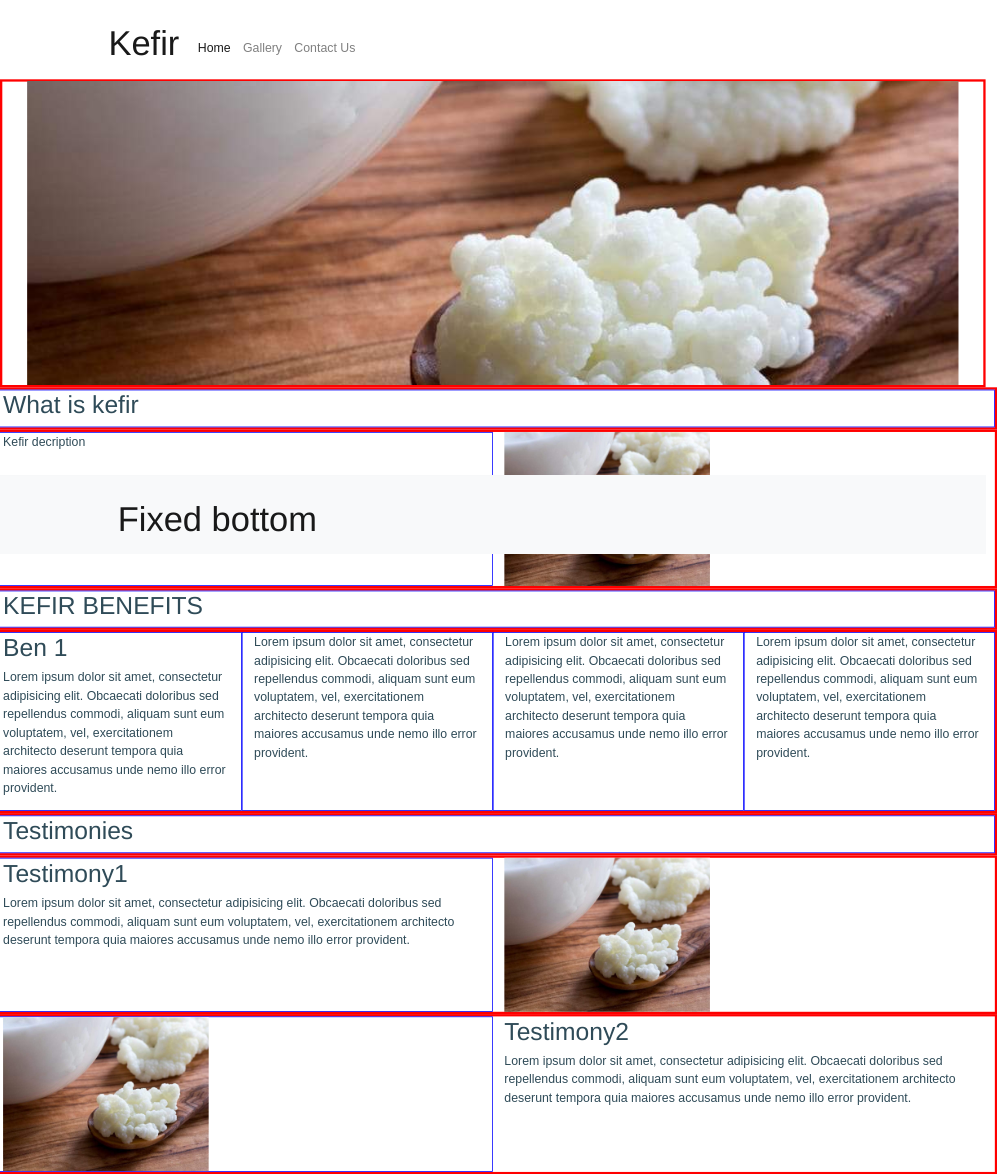
Repository: andna5980/kefir-web
Page: src/index.html
The author's editor kept a copy of each file at every save. The page is drawn from the files as they stood at one save, then again after the next save.
The browser window is 1280 px wide. The page is 1295 px wide, so the pictures cover 1295 px, including what lies to the right of the window. The pictures show the whole page, at 77% of full size.
Some web fonts or font styles are not loaded; a fallback is used. Some web libraries are served in a nearby version.

Above is the page before, as saved 2021-02-28 13:14:46.

### src/index.html
<!DOCTYPE html>
<html lang="en-US">

<head>
  <meta charset="UTF-8">
  <meta name="viewport" content="width=device-width, initial-scale=1.0">
  <meta name="author" content="Andres Navarrete">
  <meta name="description"
    content="Kefir, meet the power of nature. Bring the right knowledge and the best recipes from mother nature">
  <meta name="keywords" content="Kefir, recipes, natural-products, home-made, organic, healthy">
  <title>KEFIR | MEET THE POWER OF NATURE</title>
  <link rel="stylesheet" href="https://cdn.jsdelivr.net/npm/bootstrap@4.5.3/dist/css/bootstrap.min.css"
    integrity="sha384-TX8t27EcRE3e/ihU7zmQxVncDAy5uIKz4rEkgIXeMed4M0jlfIDPvg6uqKI2xXr2" crossorigin="anonymous">
  <link rel="stylesheet" href="https://use.fontawesome.com/releases/v5.6.3/css/all.css"
    integrity="sha384-UHRtZLI+pbxtHCWp1t77Bi1L4ZtiqrqD80Kn4Z8NTSRyMA2Fd33n5dQ8lWUE00s/" crossorigin="anonymous">
  <link href="../src/assets/styles/style.css" rel="stylesheet">
</head>

<body>
  <!--------------------Main-Header-------------------------------------->
  <header>
    <nav class="sticky-top navbar navbar-expand-md navbar-light">
      <a class="navbar-brand" href="#">Kefir</a>
      <button class="navbar-toggler" type="button" data-toggle="collapse" data-target="#navbarNav"
        aria-controls="navbarNav" aria-expanded="false" aria-label="Toggle navigation">
        <span class="navbar-toggler-icon"></span>
      </button>
      <div class="collapse navbar-collapse" id="navbarNav">
        <ul class="navbar-nav">
          <li class="nav-item active">
            <a class="nav-link" href="#">Home <span class="sr-only">(current)</span></a>
          </li>
          <li class="nav-item">
            <a class="nav-link" href="#">Gallery</a>
          </li>
          <li class="nav-item">
            <a class="nav-link" href="#">Contact Us</a>
          </li>

        </ul>
      </div>
    </nav>
  </header>

  <!--------------------Hero-mage-------------------------------------->

  <div class="test-red container-hero">
    <div class="hero-image col-12"></div>
  </div>


  <!--------------------What-is-kefir-------------------------------------->

  <section>
    <div class=" test-red row">
      <div class=" test-blue col-12">
        <h2>What is kefir</h2>
      </div>
    </div>

    <div class=" test-red row">
      <div class="test-blue col-12 col-sm-6 ">
        <p> Kefir decription</p>
      </div>

      <div class="col-12 col-sm-6">
        <img src="../src/assets/images/milk-kefir-grains-spoon_1024x1024.jpg" alt="kefir-products" height="200">
      </div>
    </div>

  </section>


  <!--------------------Kefir-benefits-------------------------------------->

  <section>
    <div class="test-red row">
      <div class=" test-blue col-12">
        <h2> KEFIR BENEFITS </h2>
      </div>
    </div>

    <div class=" test-red row">
      <div class="test-blue col-12 col-sm-6 col-md-3">
        <h2>Ben 1</h2>
        <p>Lorem ipsum dolor sit amet, consectetur adipisicing elit. Obcaecati doloribus sed repellendus commodi,
          aliquam sunt eum voluptatem, vel, exercitationem architecto deserunt tempora quia maiores accusamus
          unde nemo illo error provident.</p>
      </div>
      <div class="test-blue col-12 col-sm-6 col-md-3">
        <p>Lorem ipsum dolor sit amet, consectetur adipisicing elit. Obcaecati doloribus sed repellendus commodi,
          aliquam sunt eum voluptatem, vel, exercitationem architecto deserunt tempora quia maiores accusamus
          unde nemo illo error provident.</p>
      </div>
      <div class="test-blue col-12 col-sm-6 col-md-3">
        <p>Lorem ipsum dolor sit amet, consectetur adipisicing elit. Obcaecati doloribus sed repellendus commodi,
          aliquam sunt eum voluptatem, vel, exercitationem architecto deserunt tempora quia maiores accusamus
          unde nemo illo error provident.</p>
      </div>
      <div class="test-blue col-12 col-sm-6 col-md-3">
        <p>Lorem ipsum dolor sit amet, consectetur adipisicing elit. Obcaecati doloribus sed repellendus commodi,
          aliquam sunt eum voluptatem, vel, exercitationem architecto deserunt tempora quia maiores accusamus
          unde nemo illo error provident.</p>
      </div>
    </div>
  </section>

  <!--------------------Testimonies-------------------------------------->

  <section>
    <div class=" test-red row">
      <div class=" test-blue col-12">
        <h2>Testimonies</h2>
      </div>
    </div>

    <div class=" test-red row">
      <div class="test-blue col-12 col-sm-6">
        <h2>Testimony1</h2>
        <p>Lorem ipsum dolor sit amet, consectetur adipisicing elit. Obcaecati doloribus sed repellendus commodi,
          aliquam sunt eum voluptatem, vel, exercitationem architecto deserunt tempora quia maiores accusamus
          unde nemo illo error provident.</p>
      </div>

      <div class="col-12 col-sm-6">
        <img src="../src/assets/images/milk-kefir-grains-spoon_1024x1024.jpg" alt="kefir-products" height="200">
      </div>
    </div>

    <div class="test-red row">

      <div class="test-blue col-12 col-sm-6 order-1 order-xs-2">
        <img src="../src/assets/images/milk-kefir-grains-spoon_1024x1024.jpg" alt="kefir-products" height="200">
      </div>
      <div class="col-12 col-sm-6 order-2 order-xs-1">
        <h2>Testimony2</h2>
        <p>Lorem ipsum dolor sit amet, consectetur adipisicing elit. Obcaecati doloribus sed repellendus commodi,
          aliquam sunt eum voluptatem, vel, exercitationem architecto deserunt tempora quia maiores accusamus
          unde nemo illo error provident.</p>
      </div>
    </div>
  </section>

</body>

<!-- <footer>
  <div class="test-red row">
    <div class="test-blue col-4 "></div>
    <div class="test-blue col-4">
      <span>Find us on:</span>
      <a href="http://facebook.com" target="_blank"><i class="fab fa-facebook-square"></i></a>

      <a href="http://instagram.com" target="_blank"><i class="fab fa-instagram"></i></a>

      <a href="http://twitter.com" target="_blank"><i class="fab fa-twitter-square"></i></a>>
    </div>
    <div class="test-blue col-4"></div>
  </div>
</footer> -->

<nav class="navbar fixed-bottom navbar-light bg-light">
  <div class="container-fluid">
    <a class="navbar-brand" href="#">Fixed bottom</a>
  </div>
</nav>









<script src="https://code.jquery.com/jquery-3.2.1.slim.min.js"
  integrity="sha384-KJ3o2DKtIkvYIK3UENzmM7KCkRr/rE9/Qpg6aAZGJwFDMVNA/GpGFF93hXpG5KkN" crossorigin="anonymous"></script>
<script src="https://cdnjs.cloudflare.com/ajax/libs/popper.js/1.12.9/umd/popper.min.js"
  integrity="sha384-ApNbgh9B+Y1QKtv3Rn7W3mgPxhU9K/ScQsAP7hUibX39j7fakFPskvXusvfa0b4Q" crossorigin="anonymous"></script>
<script src="https://maxcdn.bootstrapcdn.com/bootstrap/4.0.0/js/bootstrap.min.js"
  integrity="sha384-JZR6Spejh4U02d8jOt6vLEHfe/JQGiRRSQQxSfFWpi1MquVdAyjUar5+76PVCmYl" crossorigin="anonymous"></script>

</html>

### src/assets/styles/style.css
@import url('https://fonts.googleapis.com/css2?family=Amatic+SC&family=Caveat+Brush&display=swap');

.container {
    margin: 15px;
}


body {
    font-family: Arial, Helvetica, sans-serif;
    color: #2F4B58;
    max-width: 1500px;
}

h2 {
    font-family:  Caveat Brush, Helvetica, sans-serif;
    color: #2F4B58;
}


/*----------------------BORDER ROWS AND COLUMNS----------*/

.test-red {
    border: 3px solid red
}

.test-blue {
    border:1px solid blue
}









/*-----------------------Header ----------*/

.navbar-brand {
    float: left;
    color: #2F4B58;
    font-family:  Caveat Brush, Helvetica, sans-serif;
    font-size: 280%;
    margin-left: 10%;
    margin-top: 10px;
}

.navbar-nav {
    float: right;
}

.navbar-nav li a{
    margin-top: 20px;
    color: #2F4B58;
}


.navbar-toggler {
    border: 2px solid #2F4B58;
    color: #2F4B58;
}

/*
.navbar-toggler.icon{

}
*/





.menu a {
    text-decoration: none;
    color: #2F4B58;
}

.menu  {
list-style-type: none;
margin-right: 5%;
margin-top: 30px; /* CHAPUZA  */
word-spacing: 5px;
}

.menu ul {
    float:right;
    margin-left: 10px;
}

.menu li {
    list-style-type: none;
    display: inline-flex;
}


/*-----------------------Hero-image ----------*/

.container-hero {
    height: 400px;
    overflow: hidden;
}

.hero-image {
    height: 400px;
    width: 100%;
    background: url(../images/milk-kefir-grains-spoon_1024x1024.jpg) no-repeat center;
    animation-name: hero-zoom;
    animation-duration: 4s;
    animation-fill-mode: forwards;
}

/*------Animation of the Hero image-------*/

@keyframes hero-zoom {
    from{
        transform: scale(1);
    }
    to{
        transform: scale(1.2);
    }
}

/*-----------------------What-is-kefir-are----------*/

After the next save:
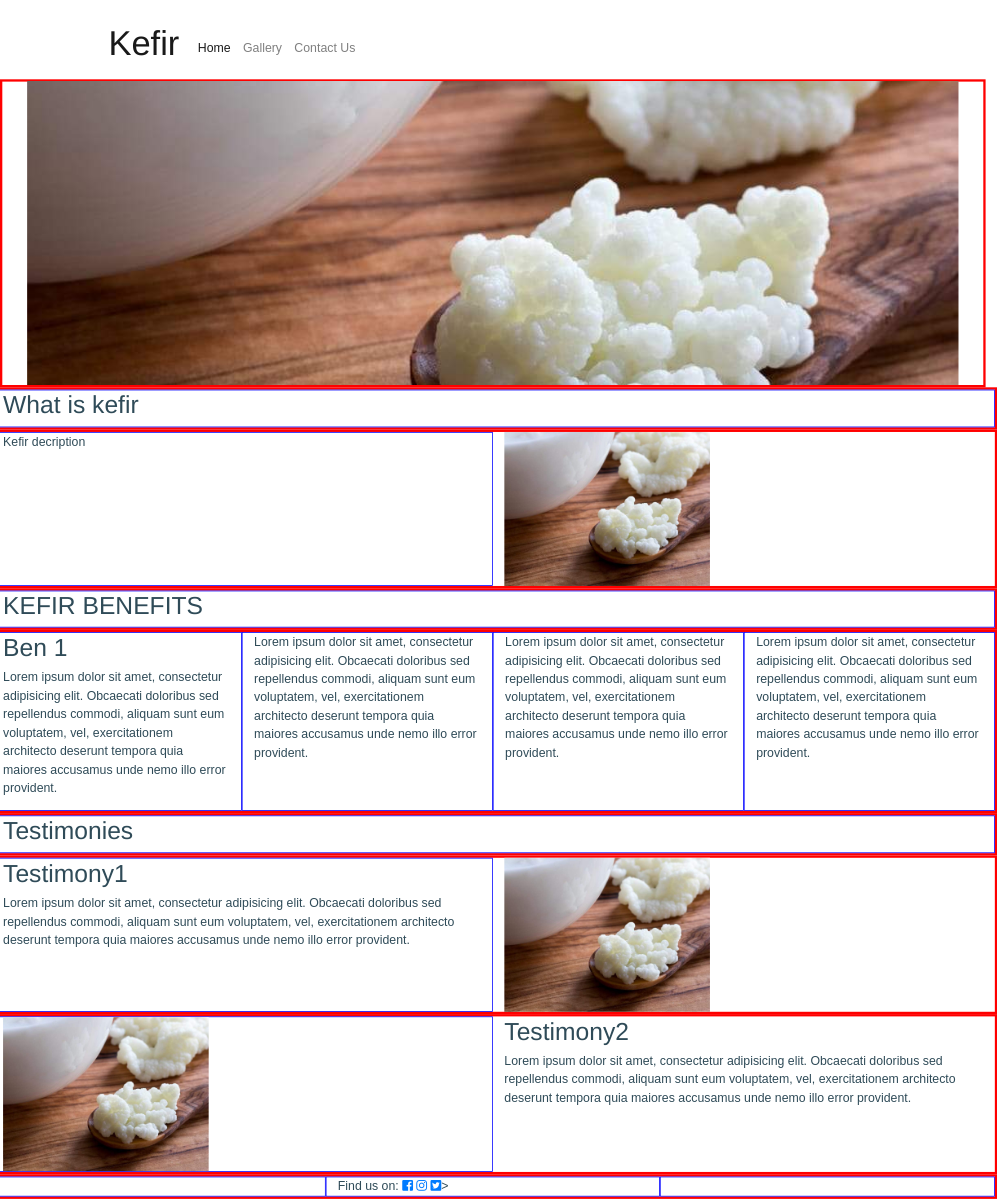
Saved 18 h 0 min later.
--- a/src/index.html
+++ b/src/index.html
@@ -19,7 +19,7 @@
 <body>
   <!--------------------Main-Header-------------------------------------->
   <header>
-    <nav class="sticky-top navbar navbar-expand-md navbar-light">
+    <nav class="sticky-top  navbar navbar-expand-md navbar-light">
       <a class="navbar-brand" href="#">Kefir</a>
       <button class="navbar-toggler" type="button" data-toggle="collapse" data-target="#navbarNav"
         aria-controls="navbarNav" aria-expanded="false" aria-label="Toggle navigation">
@@ -143,7 +143,7 @@
 
 </body>
 
-<!-- <footer>
+<footer>
   <div class="test-red row">
     <div class="test-blue col-4 "></div>
     <div class="test-blue col-4">
@@ -156,13 +156,13 @@
     </div>
     <div class="test-blue col-4"></div>
   </div>
-</footer> -->
-
+</footer>
+<!--
 <nav class="navbar fixed-bottom navbar-light bg-light">
   <div class="container-fluid">
     <a class="navbar-brand" href="#">Fixed bottom</a>
   </div>
-</nav>
+</nav> -->
 
 
 
